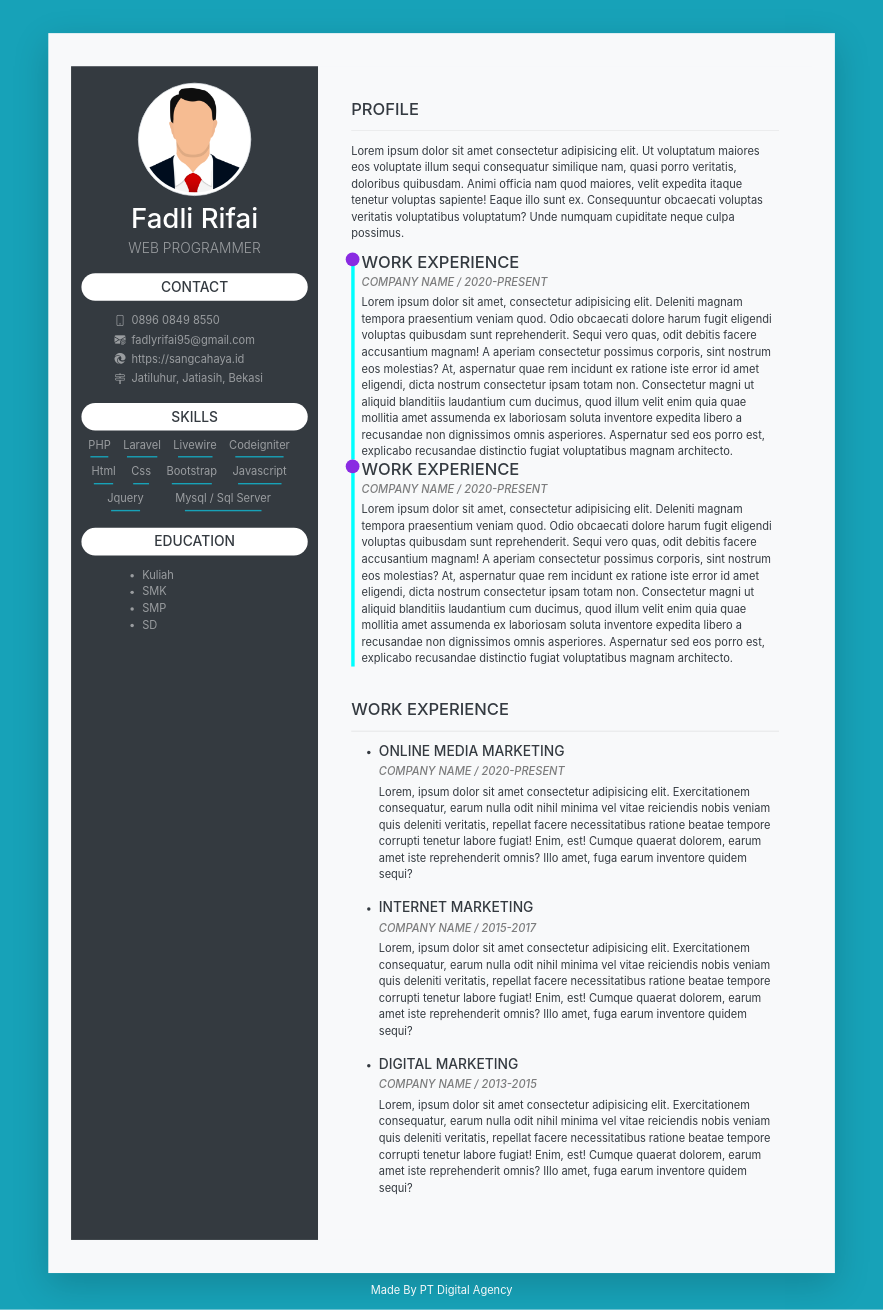
Repository: fadlyyy/fadlyyy.github.io
Page: index.html
These files come from the project's save history. The page is drawn as it stood at one moment and after the next save; the edit follows.
The browser window is 1280 px wide. The pictures show the whole page, at 69% of full size.

Above is the page before, as saved 2024-01-31 08:33:13.

After the next save:
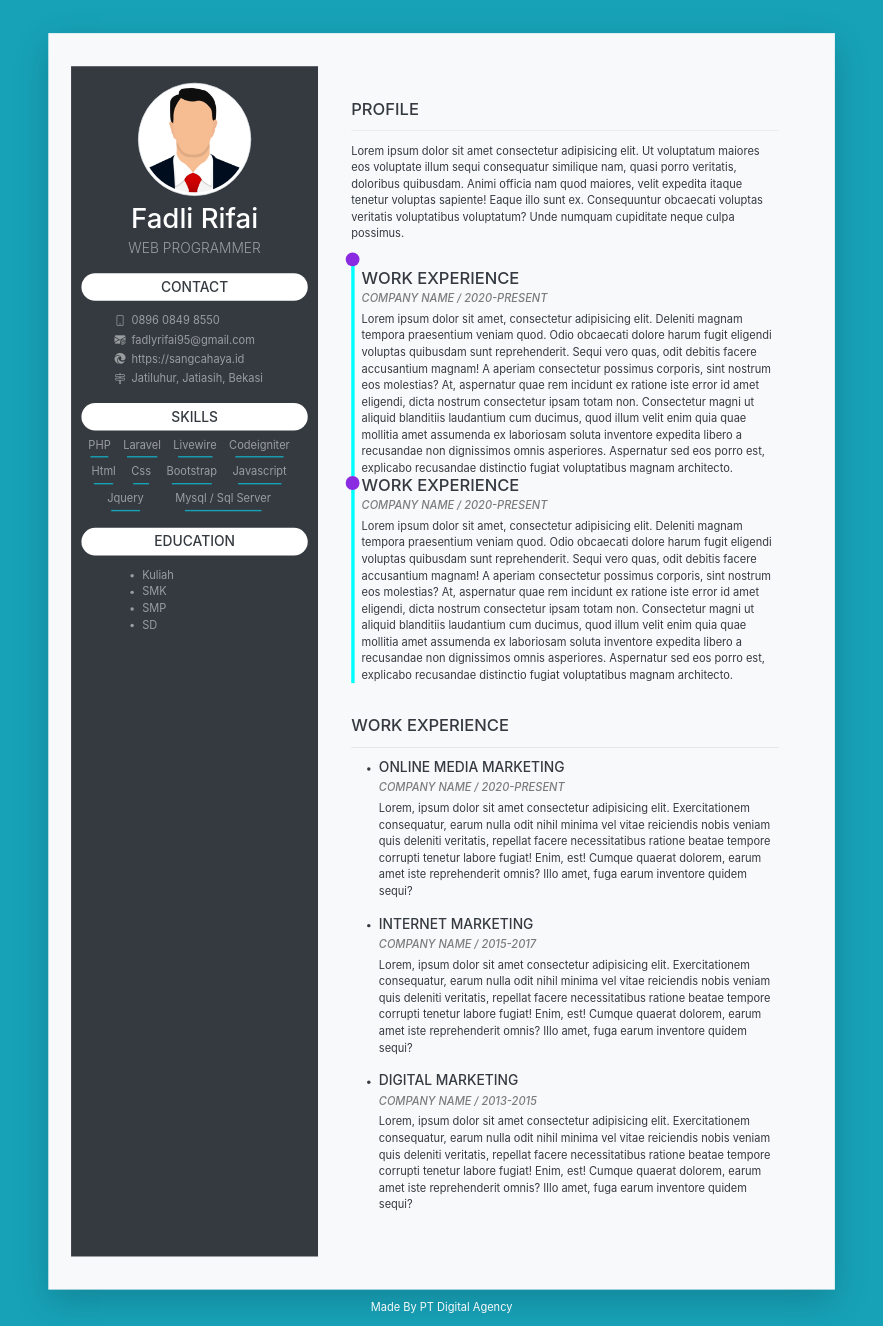
Saved 16 s later.
--- a/index.html
+++ b/index.html
@@ -98,7 +98,7 @@
                     </div>
 
                     <div class="work-experience">
-                         <div class="list-work">
+                         <div class="list-work pt-4">
                               <h4 class="text-uppercase">work experience</h4>
                               <h6 class="text-uppercase text-black-50 font-italic mt-1 mb-2">company name / 2020-present</h6>
                               <p>Lorem ipsum dolor sit amet, consectetur adipisicing elit. Deleniti magnam tempora
